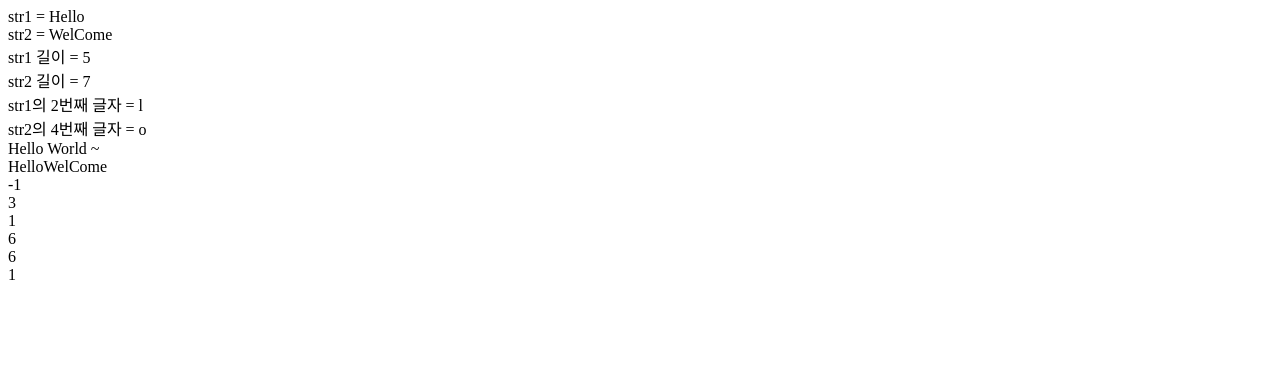
Repository: shinsil0601/webstudy
Page: 03_JavaScript/src/main/webapp/day02/ex20_StringClass.html
An editor plug-in stored every save of this project. The page is shown before and after the next save, followed by the edit.
The browser window is 1280 px wide. The pictures show the whole page.

Above is the page before, as saved 2023-06-28 09:17:12.

### 03_JavaScript/src/main/webapp/day02/ex20_StringClass.html
<!DOCTYPE html>
<html>
<head>
<meta charset="UTF-8">
<title>String (내장객체)</title>
<script type="text/javascript">
	// 내장 객체 : javascript가 구동되는 시점에서 바로 제공되면,
	//			   javascript코드 어디에서든 사용이 가능하다.
	// Object, String, Number, Date, Array, Math, ...
	var str1 = "Hello";
	var str2 = new String("WelCome");

	document.write("str1 = "+ str1 +"<br>");
	document.write("str2 = "+ str2 +"<br>");

	// 길이 : length
	document.write("str1 길이 = "+ str1.length +"<br>");
	document.write("str2 길이 = "+ str2.length +"<br>");

	// n번째 문자 추출 : charAt(n)  * n = index = 0부터 시작
	document.write("str1의 2번째 글자 = "+ str1.charAt(2) +"<br>");
	document.write("str2의 4번째 글자 = "+ str2.charAt(4) +"<br>");

	// 문자연결자 : concat(str)
	document.write(str1.concat(" World ~")+ "<br>");
	document.write(str1.concat(str2)+ "<br>");

	// 해당 문자나 문자열의 위치값 : indexOf('문자 또는 문자열')
	//								 ** 정규식을 사용 못함, -1 이면 찾는 문자가 없다.
	document.write(str1.indexOf('C')+"<br>");
	document.write(str2.indexOf('C')+"<br>");

	// 해당 문자나 문자열의 위치값 : indexOf('문자 또는 문자열', 시작위치)
	// 첫번째 e의 위치
	document.write(str2.indexOf('e', 0)+"<br>");
	// 두번째 e의 위치
	document.write(str2.indexOf('e', str2.indexOf('e')+1)+"<br>");

	// 해당 문자나 문자열의 마지막 위치값 : lastIndexOf('문자 또는 문자열')
	document.write(str2.lastIndexOf('e')+"<br>");

	// 해당 문자나 문자열의 위치값 : search('문자 또는 문자열')
	//								** 정규식 사용가능, 두번째 인자는 없다.
	document.write(str2.search('e')+"<br>");
</script>
</head>
<body>

</body>
</html>

After the next save:
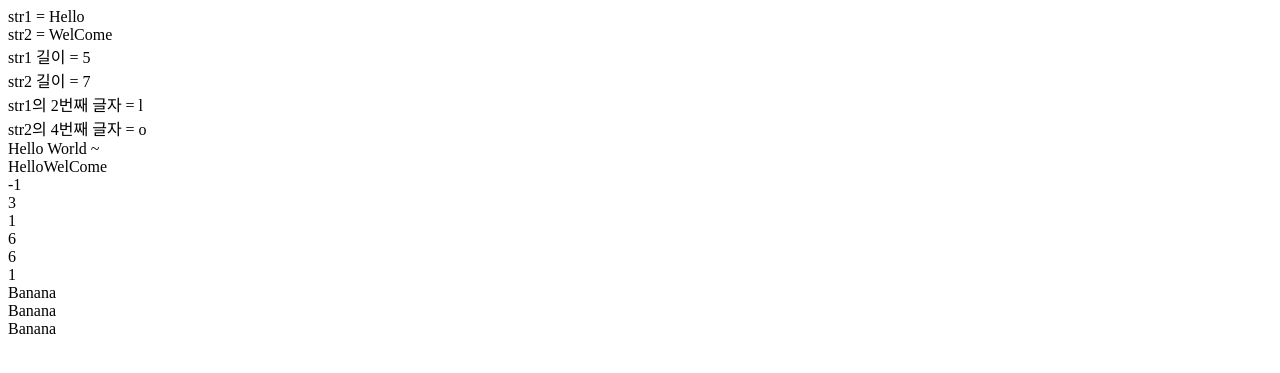
Saved 15 h 25 min later.
--- a/03_JavaScript/src/main/webapp/day02/ex20_StringClass.html
+++ b/03_JavaScript/src/main/webapp/day02/ex20_StringClass.html
@@ -42,6 +42,13 @@
 	// 해당 문자나 문자열의 위치값 : search('문자 또는 문자열')
 	//								** 정규식 사용가능, 두번째 인자는 없다.
 	document.write(str2.search('e')+"<br>");
+
+	// 원하는 문자열 추출 : slice와 substring
+	// slice(begin, end), substring(begin,end)
+	str1 = "Apple, Banana, Kiwi";
+	document.write(str1.slice(7,13)+"<br>");
+	document.write(str1.substring(7,13)+"<br>");
+	document.write(str1.substr(7,6)+"<br>");
 </script>
 </head>
 <body>
